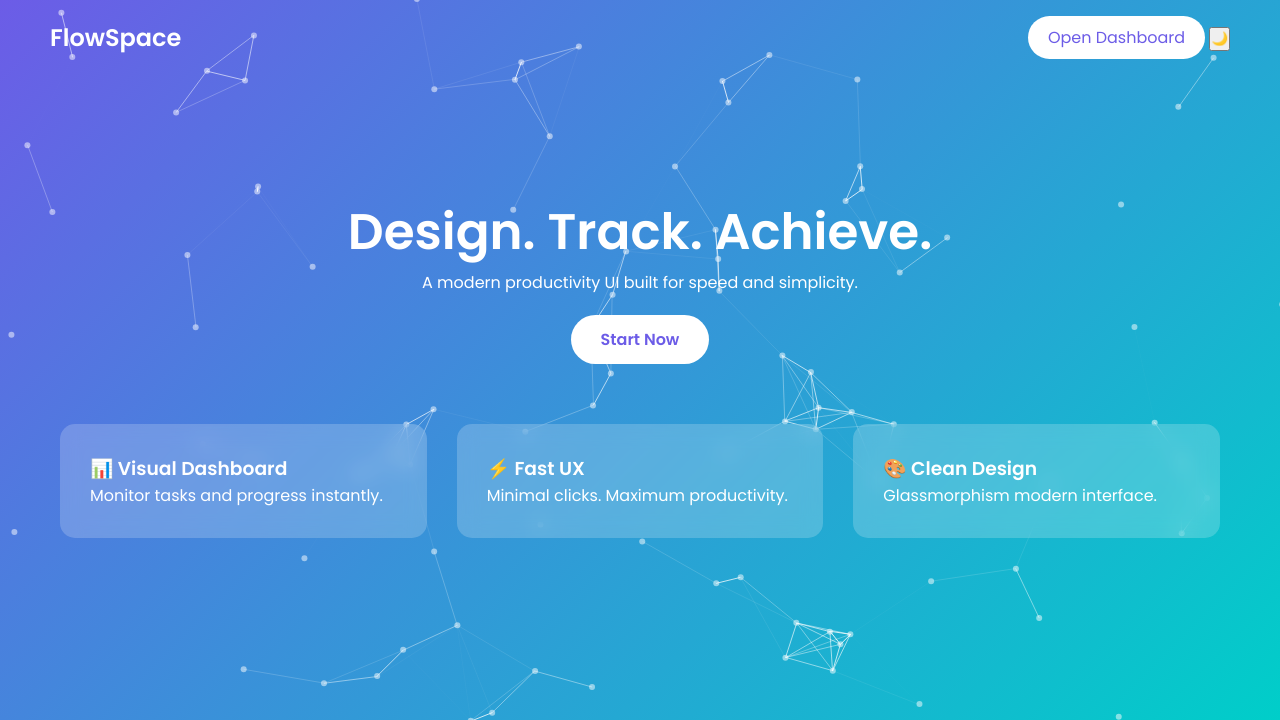
Repository: 07MADARA/flowspace-dashboard
Page: index.html
The author's editor kept a copy of each file at every save. The page is drawn from the files as they stood at one save, then again after the next save.
The browser window is 1280 px wide. The pictures show the whole page.

Above is the page before, as saved 2026-03-15 09:59:00.

After the next save:
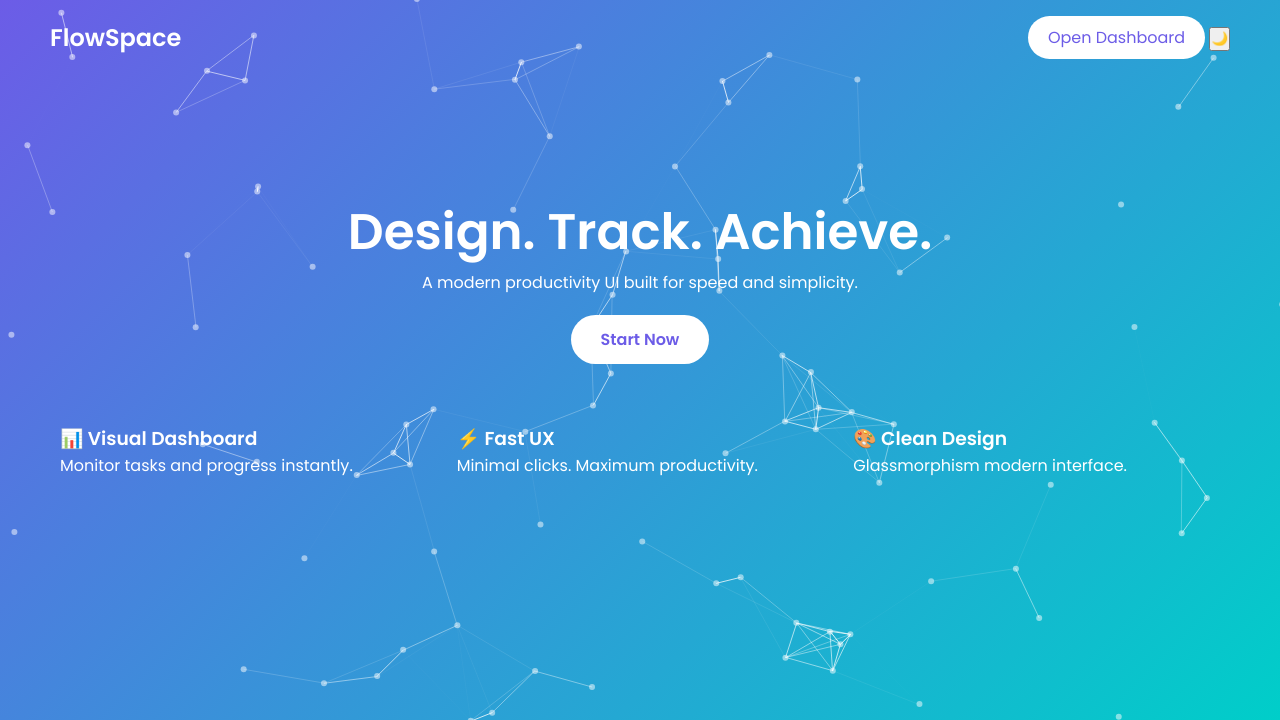
Saved 81 s later.
--- a/css/style.css
+++ b/css/style.css
@@ -99,23 +99,27 @@
 
 }
 
-.feature{
-
-background:rgba(255,255,255,0.2);
-
-padding:30px;
-
-border-radius:15px;
-
-backdrop-filter:blur(10px);
-
-transition:0.3s;
-
-}
-
-.feature:hover{
-
-transform:translateY(-10px);
+.hero{
+
+animation:fadeIn 1.5s ease;
+
+}
+
+@keyframes fadeIn{
+
+from{
+
+opacity:0;
+transform:translateY(40px);
+
+}
+
+to{
+
+opacity:1;
+transform:translateY(0);
+
+}
 
 }
 

After the save that followed:
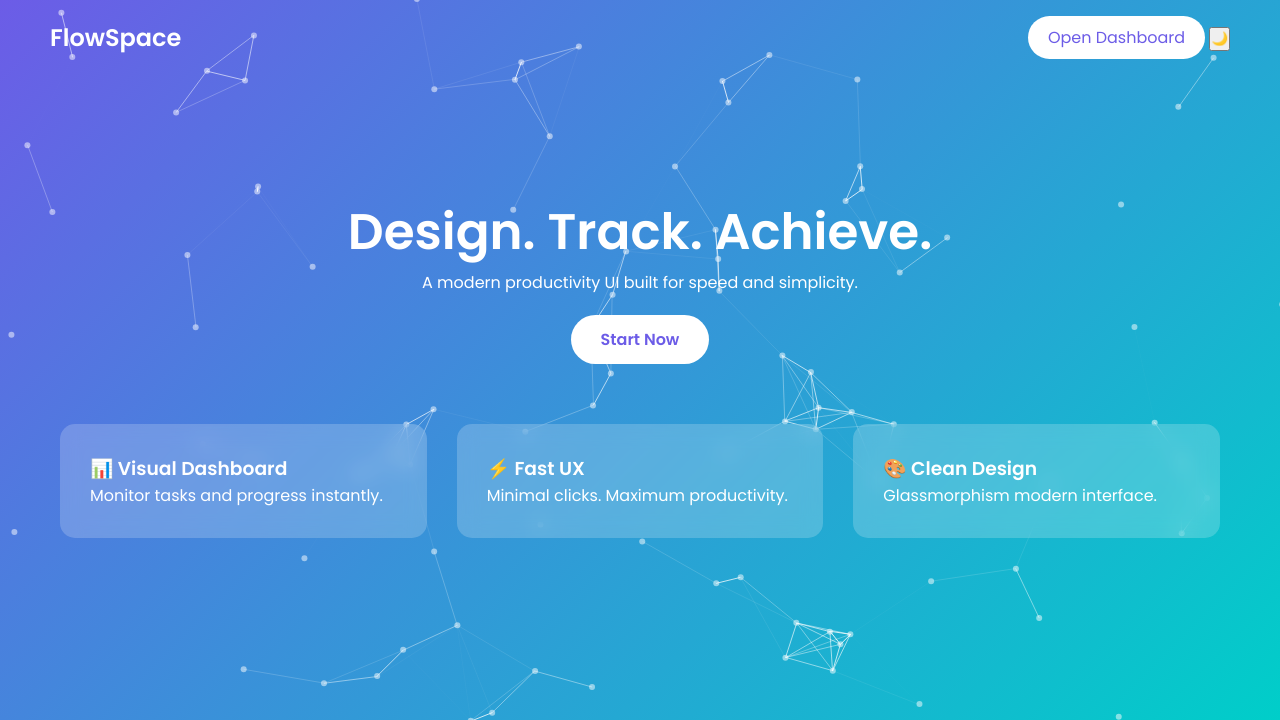
Saved 13 s later.
--- a/css/style.css
+++ b/css/style.css
@@ -99,27 +99,23 @@
 
 }
 
-.hero{
-
-animation:fadeIn 1.5s ease;
-
-}
-
-@keyframes fadeIn{
-
-from{
-
-opacity:0;
-transform:translateY(40px);
-
-}
-
-to{
-
-opacity:1;
-transform:translateY(0);
-
-}
+.feature{
+
+background:rgba(255,255,255,0.2);
+
+padding:30px;
+
+border-radius:15px;
+
+backdrop-filter:blur(10px);
+
+transition:0.3s;
+
+}
+
+.feature:hover{
+
+transform:translateY(-10px);
 
 }
 
